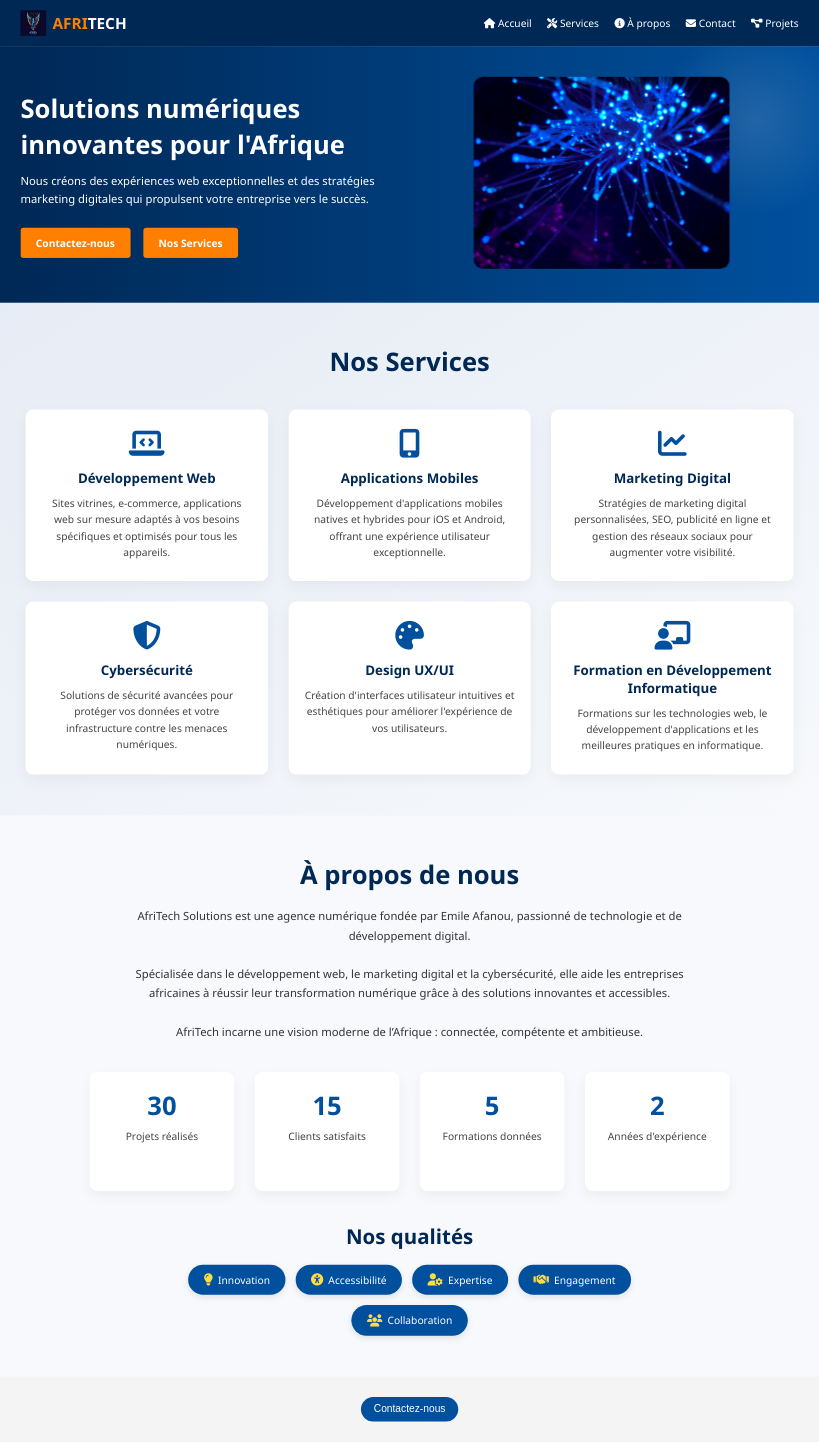
Repository: prestige225/AFRITECH
Page: index.html
These files come from the project's save history. The page is drawn as it stood at one moment and after the next save; the edit follows.
The browser window is 1280 px wide. The pictures show the whole page, at 64% of full size.

Above is the page before, as saved 2025-07-16 03:44:34.
Console error: TypeError: Cannot read properties of null (reading 'addEventListener')

After the next save:
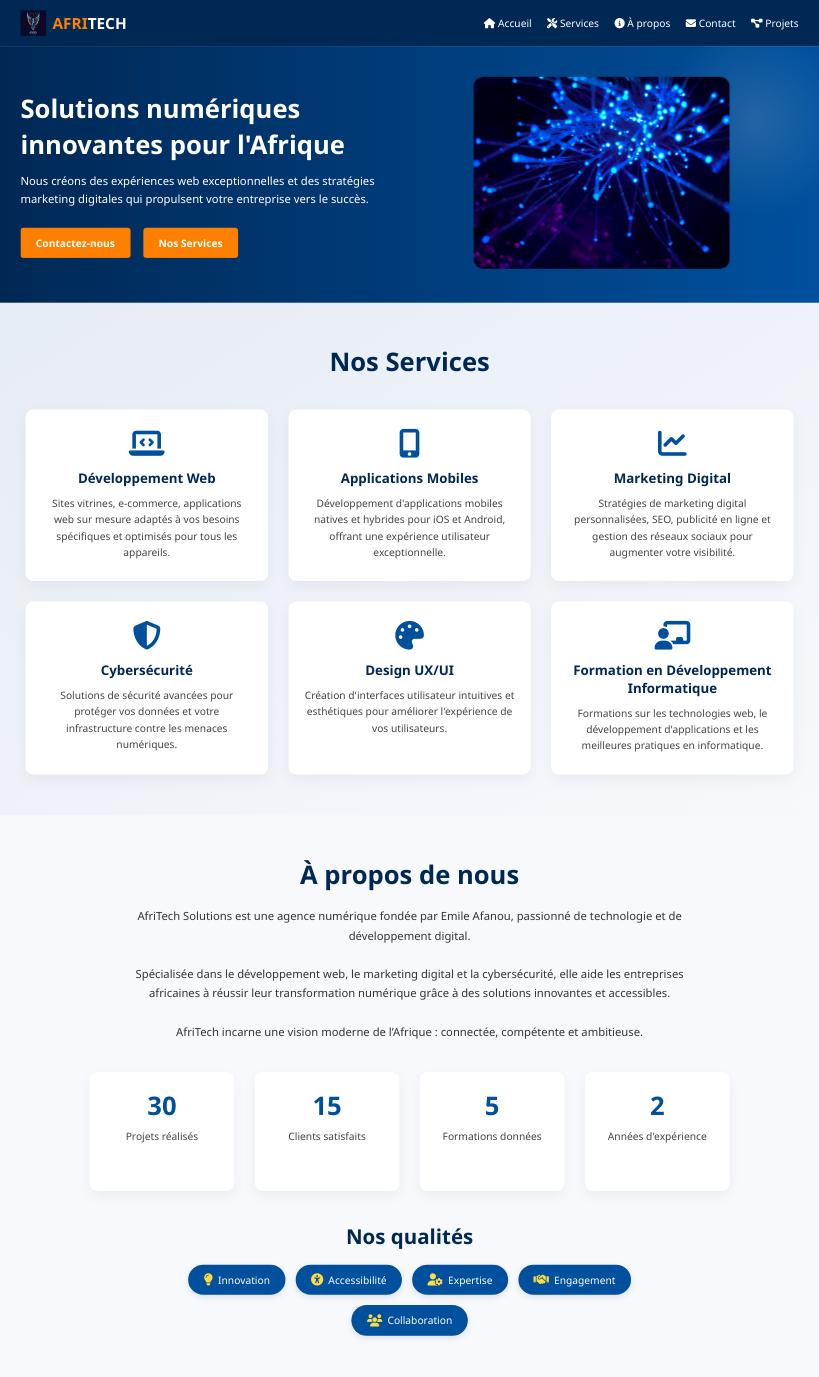
Saved 3 min 6 s later.
--- a/index.html
+++ b/index.html
@@ -144,7 +144,6 @@
 
 
 <!-- Bouton d'ouverture de la modale -->
-<button class="open-modal-btn">Contactez-nous</button>
 
 <!-- Modale Contact -->
 <div class="modal" id="contactModal">
